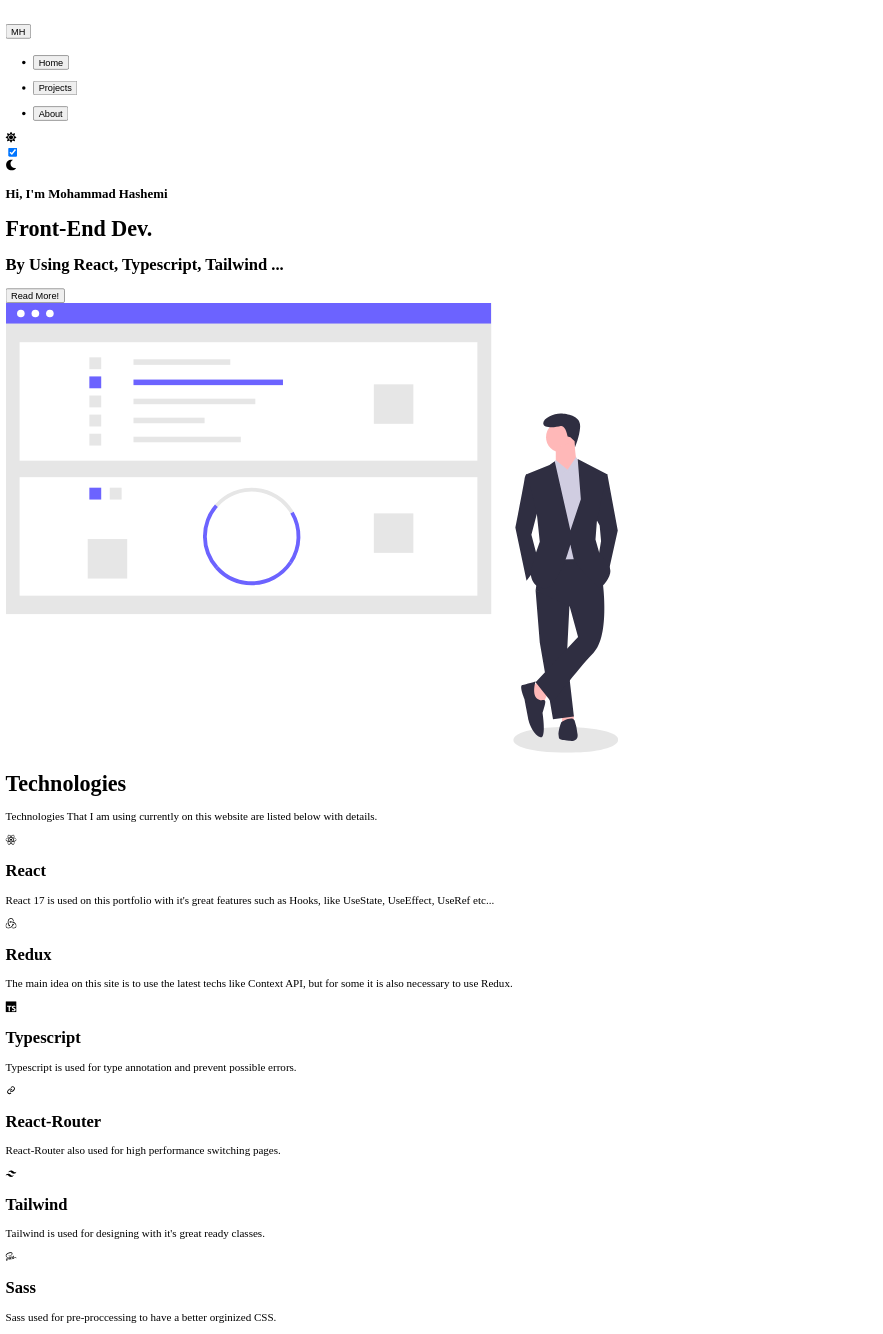
Repository: SMohammadH/react-typescript-tailwind
Page: /
An editor plug-in stored every save of this project. The page is shown before and after the next save, followed by the edit.
The browser window is 1280 px wide. The pictures show the whole page, at 69% of full size.
The project was rebuilt for these pictures with package versions that can differ from the ones it lists, and the page was loaded fresh each time. Also part of the build but not shown: craco.config.js.

Above is the page before, as saved 2021-02-04 07:25:30.

After the next save:
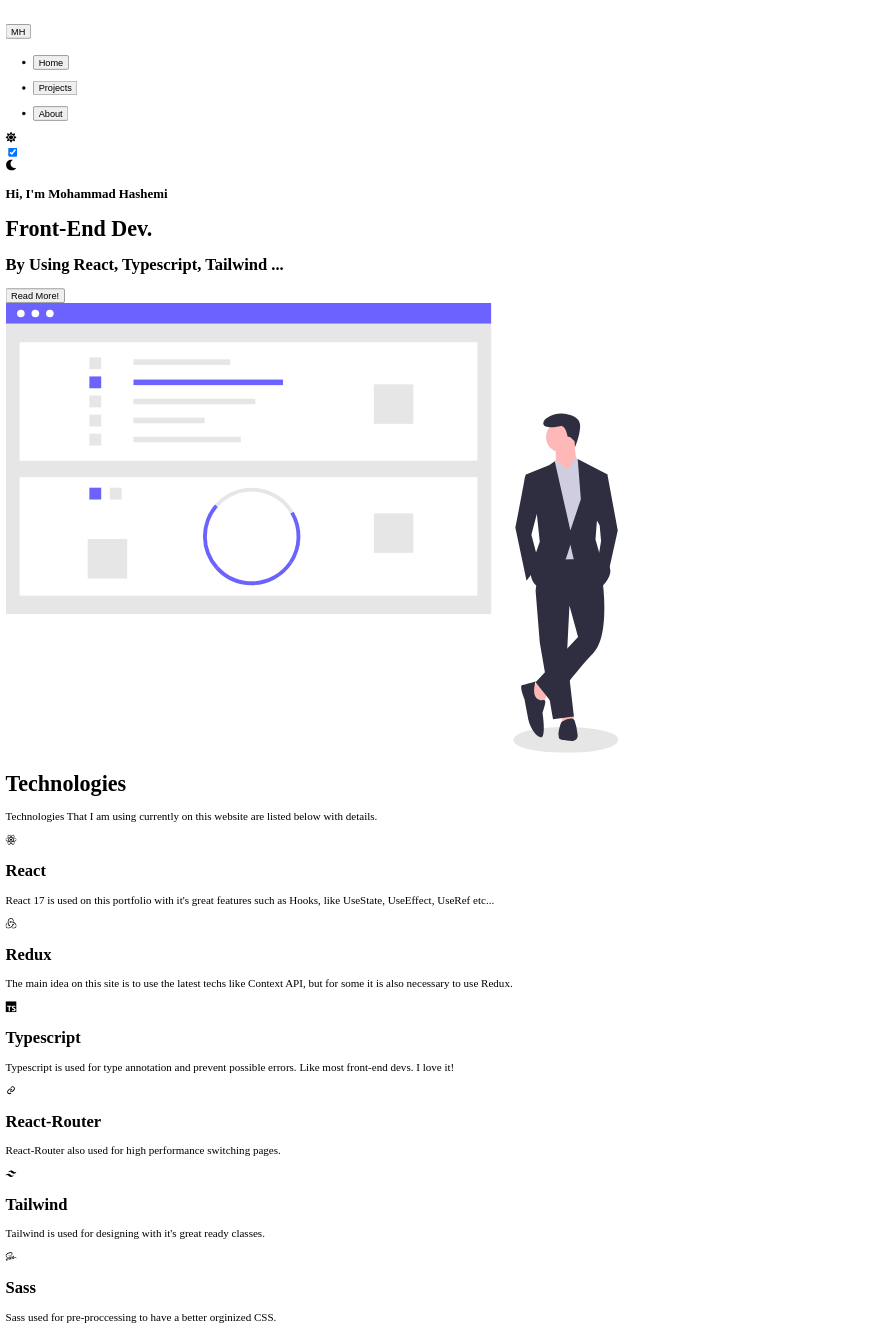
Saved 28 s later.
--- a/src/components/SecondSection.tsx
+++ b/src/components/SecondSection.tsx
@@ -13,7 +13,7 @@
   },
   {
     typescript:
-      'Typescript is used for type annotation and prevent possible errors.',
+      'Typescript is used for type annotation and prevent possible errors. Like most front-end devs. I love it!',
   },
   {
     reactRouter: 'React-Router also used for high performance switching pages.',
